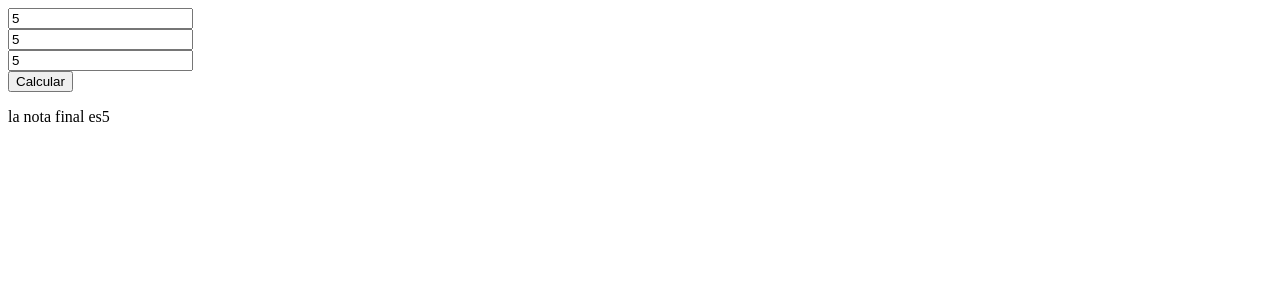
Repository: acch2/proyecto_portafolio_alex
Page: notafinal.html
The author's editor kept a copy of each file at every save. The page is drawn from the files as they stood at one save, then again after the next save.
The browser window is 1280 px wide. The pictures show the whole page.
Empty fields were first filled with sample values (such as "Sample", 5 or name@example.com).
After loading, the first visible `#btnCalcular` was clicked once.

Above is the page before, as saved 2020-05-26 20:40:52.

### notafinal.html
<!DOCTYPE html>
<html lang="en">

<head>
    <meta charset="UTF-8">
    <meta name="viewport" content="width=device-width, initial-scale=1.0">
    <title>Ejercicio4</title>

    <script type="text/javascript">
        window.onload = function() {
            nt = document.getElementById("n1");
            np = document.getElementById("n2");
            ne = document.getElementById("n3");
            boton = document.getElementById("btnCalcular");
            texto = document.getElementById("resp");
            boton.onclick = function() {
                nota = nt.value * 0.3 + np.value * 0.4 + ne.value * 0.3;
                texto.innerHTML = "la nota final es" + nota;
            }

        }
    </script>
</head>

<body>
    <input type="number" id="n1" placeholder="Nota Teo"> <br/>
    <input type="number" id="n2" placeholder="Nota Prac"> <br/>
    <input type="number" id="n3" placeholder="Nota ExF"> <br/>
    <button id="btnCalcular">Calcular</button>
    <p id="resp"></p>

</body>

</html>

After the next save:
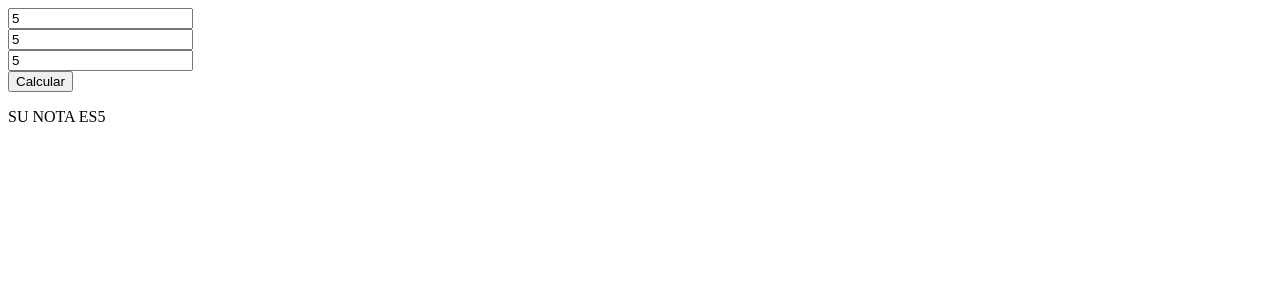
Saved 10 min 47 s later.
--- a/notafinal.html
+++ b/notafinal.html
@@ -16,6 +16,19 @@
             boton.onclick = function() {
                 nota = nt.value * 0.3 + np.value * 0.4 + ne.value * 0.3;
                 texto.innerHTML = "la nota final es" + nota;
+                //menos de 10.5 esta desprobado
+                //entre 10.5 y 12.4 vas a recuperaxion
+                //12.5 a mas estas aprobado
+                if (nota >= 12.5 && nota <= 20) {
+                    this.placeholder = "ESTAS APROBADO";
+                    texto.innerHTML = "SU NOTA ES:" + nota;
+                } else if (nota >= 10.5) {
+                    this.placeholder = "VAS A RECUPERACION";
+                    texto.innerHTML = "SU NOTA ES:" + nota;
+                } else {
+                    this.placeholder = "DESAPROBADO";
+                    texto.innerHTML = "SU NOTA ES" + nota;
+                }
             }
 
         }
